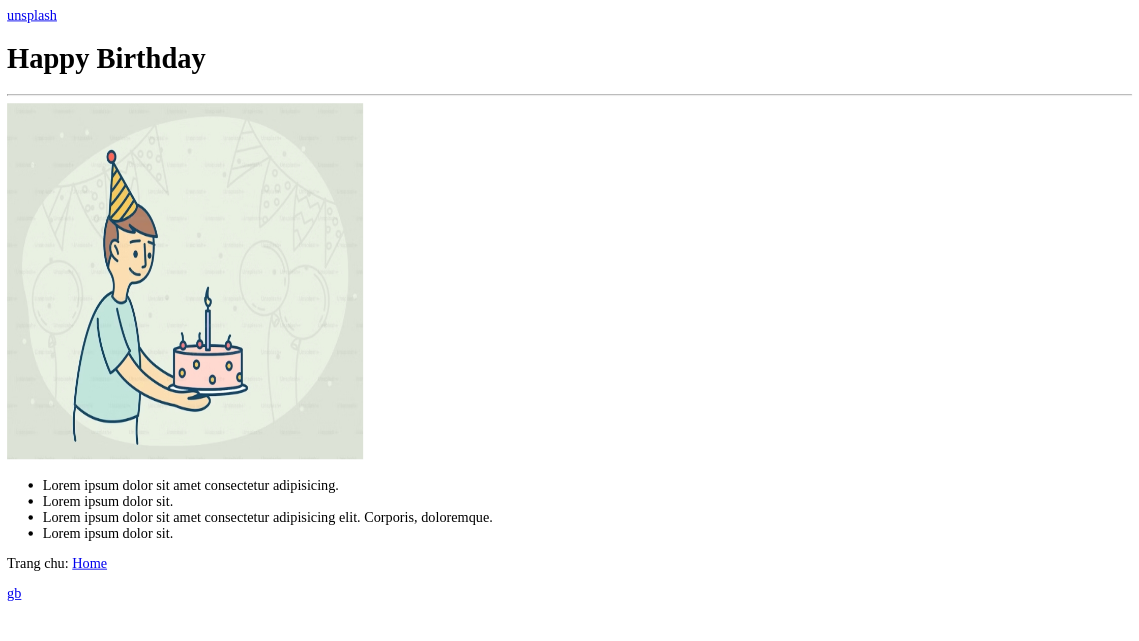
Repository: nguyendonghieu1011-png/project2
Page: more-info/happy.html
The author's editor kept a copy of each file at every save. The page is drawn from the files as they stood at one save, then again after the next save.
The browser window is 1280 px wide. The pictures show the whole page, at 89% of full size.

Above is the page before, as saved 2025-11-08 22:18:18.

After the next save:
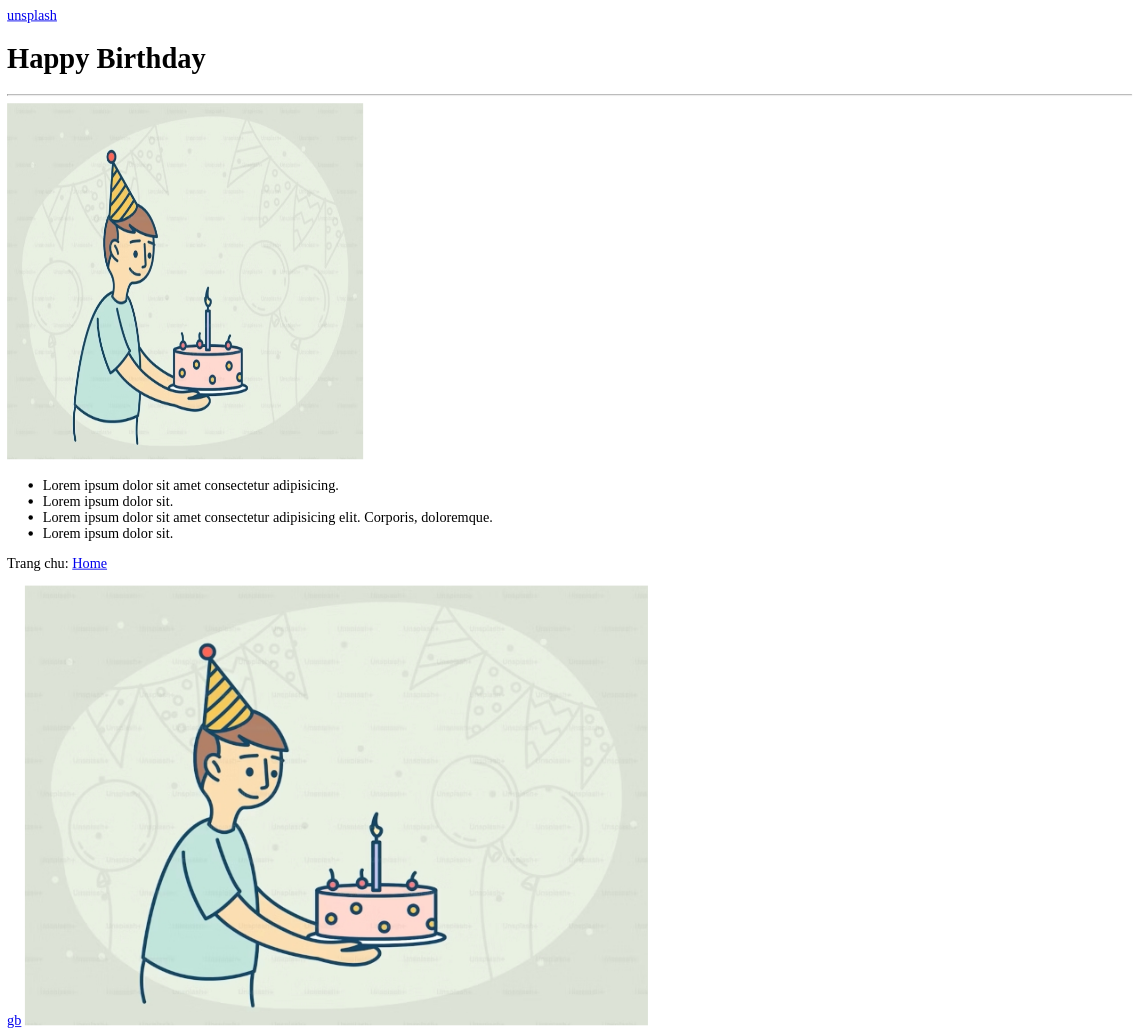
Saved 7 min 23 s later.
--- a/more-info/happy.html
+++ b/more-info/happy.html
@@ -35,5 +35,8 @@
 
     <!-- 2.điều hướng đến gb -->
     <a href="./gb.html">gb</a>
+
+    <!-- 3. bấm vào ảnh happy -> điều hướng đến gb.html -->
+    <img src="/img/happtybirthday.jpg"
   </body>
 </html>
